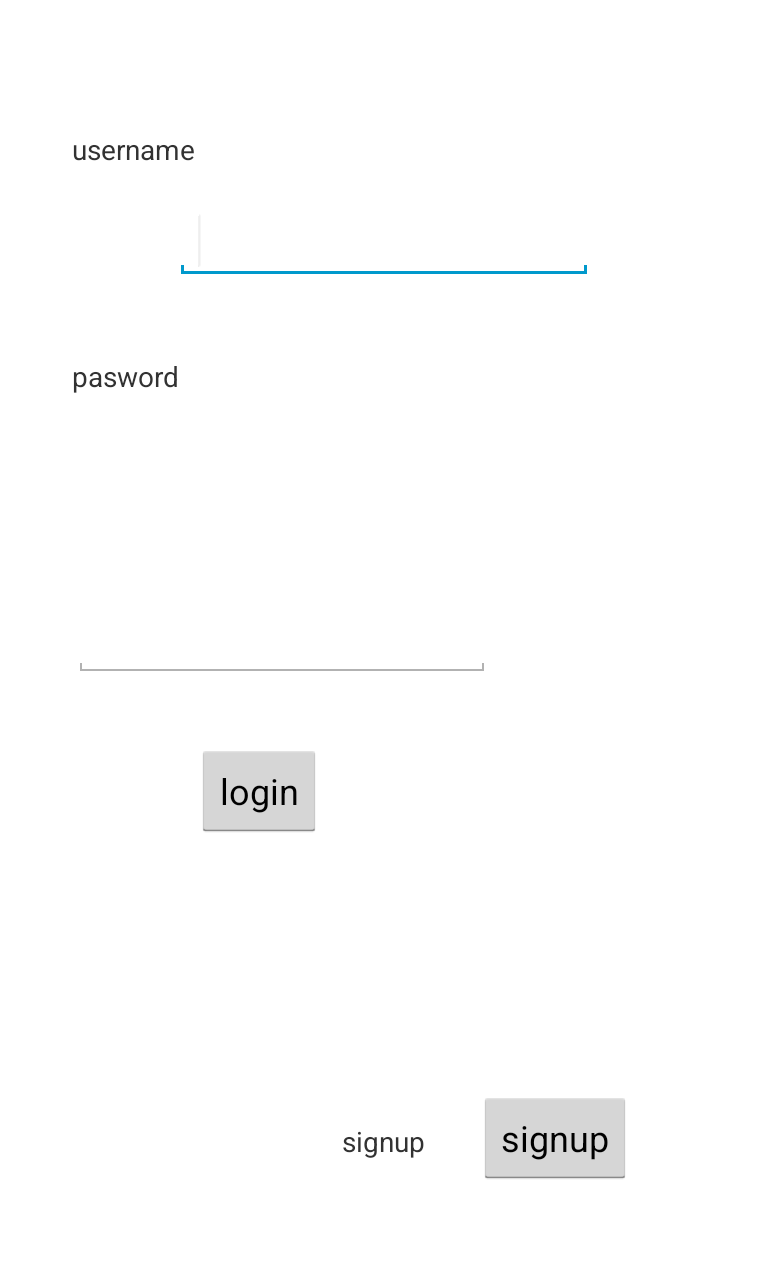
Repository: arjuntheprogrammer/iact
Layout: iact/iact android practice/mywork/login/res/layout/activity_main.xml
An editor plug-in stored every save of this project. The layout is shown before and after the next save, followed by the edit.
It is drawn on a 768 x 1280 px phone screen (xhdpi) without system bars, with theme AppTheme; the app's code is not run.

Above is the layout before, as saved 2016-01-04 19:12:29.

### iact/iact android practice/mywork/login/res/layout/activity_main.xml
<RelativeLayout xmlns:android="http://schemas.android.com/apk/res/android"
    xmlns:tools="http://schemas.android.com/tools"
    android:layout_width="match_parent"
    android:layout_height="match_parent"
    android:paddingBottom="@dimen/activity_vertical_margin"
    android:paddingLeft="@dimen/activity_horizontal_margin"
    android:paddingRight="@dimen/activity_horizontal_margin"
    android:paddingTop="@dimen/activity_vertical_margin"
    tools:context=".MainActivity" >

    <TextView
        android:id="@+id/textView1"
        android:layout_width="wrap_content"
        android:layout_height="wrap_content"
        android:layout_alignParentLeft="true"
        android:layout_alignParentTop="true"
        android:layout_marginLeft="20dp"
        android:layout_marginTop="49dp"
        android:text="username" />

    <EditText
        android:id="@+id/editText1"
        android:layout_width="wrap_content"
        android:layout_height="wrap_content"
        android:layout_below="@+id/textView1"
        android:layout_centerHorizontal="true"
        android:layout_marginTop="17dp"
        android:ems="10" >

        <requestFocus />
    </EditText>

    <TextView
        android:id="@+id/textView2"
        android:layout_width="wrap_content"
        android:layout_height="wrap_content"
        android:layout_alignLeft="@+id/textView1"
        android:layout_below="@+id/editText1"
        android:layout_marginTop="38dp"
        android:text="pasword" />

    <Button
        android:id="@+id/button1"
        android:layout_width="wrap_content"
        android:layout_height="wrap_content"
        android:layout_below="@+id/editText2"
        android:layout_marginTop="32dp"
        android:layout_toRightOf="@+id/textView1"
        android:text="login" />

    <EditText
        android:id="@+id/editText2"
        android:layout_width="wrap_content"
        android:layout_height="wrap_content"
        android:layout_alignLeft="@+id/textView2"
        android:layout_centerVertical="true"
        android:ems="10"
        android:inputType="textPassword" />

    <TextView
        android:id="@+id/textView3"
        android:layout_width="wrap_content"
        android:layout_height="wrap_content"
        android:layout_alignParentBottom="true"
        android:layout_centerHorizontal="true"
        android:layout_marginBottom="44dp"
        android:text="signup" />

    <Button
        android:id="@+id/button2"
        android:layout_width="wrap_content"
        android:layout_height="wrap_content"
        android:layout_alignBaseline="@+id/textView3"
        android:layout_alignBottom="@+id/textView3"
        android:layout_marginLeft="26dp"
        android:layout_toRightOf="@+id/textView3"
        android:text="signup" />

</RelativeLayout>

Loaded but not shown: iact/iact android practice/mywork/login/res/values/styles.xml (common file); iact/iact android practice/mywork/login/res/values-v11/styles.xml (common file); iact/iact android practice/mywork/login/res/values-v14/styles.xml (common file); iact/iact android practice/mywork/login/res/values/dimens.xml (common file)

After the next save:
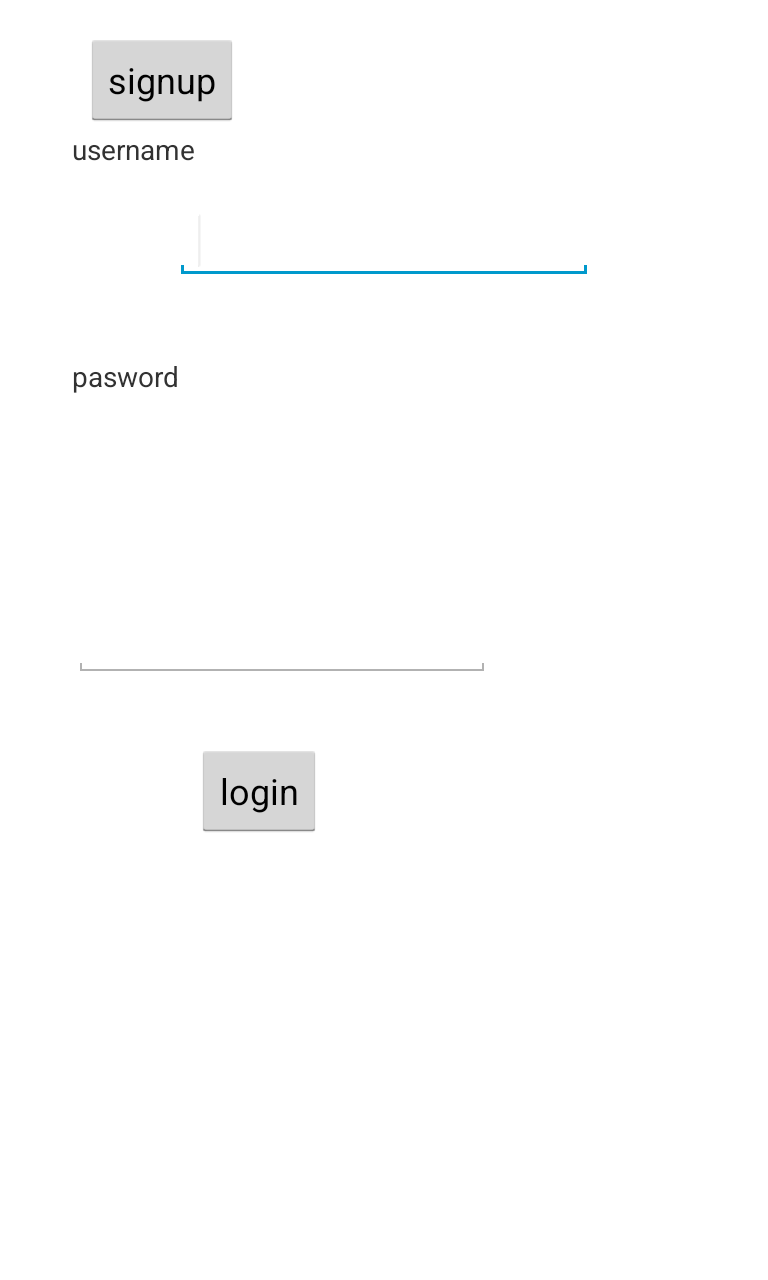
Saved 86 s later.
--- a/iact/iact android practice/mywork/login/res/layout/activity_main.xml
+++ b/iact/iact android practice/mywork/login/res/layout/activity_main.xml
@@ -57,14 +57,6 @@
         android:ems="10"
         android:inputType="textPassword" />
 
-    <TextView
-        android:id="@+id/textView3"
-        android:layout_width="wrap_content"
-        android:layout_height="wrap_content"
-        android:layout_alignParentBottom="true"
-        android:layout_centerHorizontal="true"
-        android:layout_marginBottom="44dp"
-        android:text="signup" />
 
     <Button
         android:id="@+id/button2"
